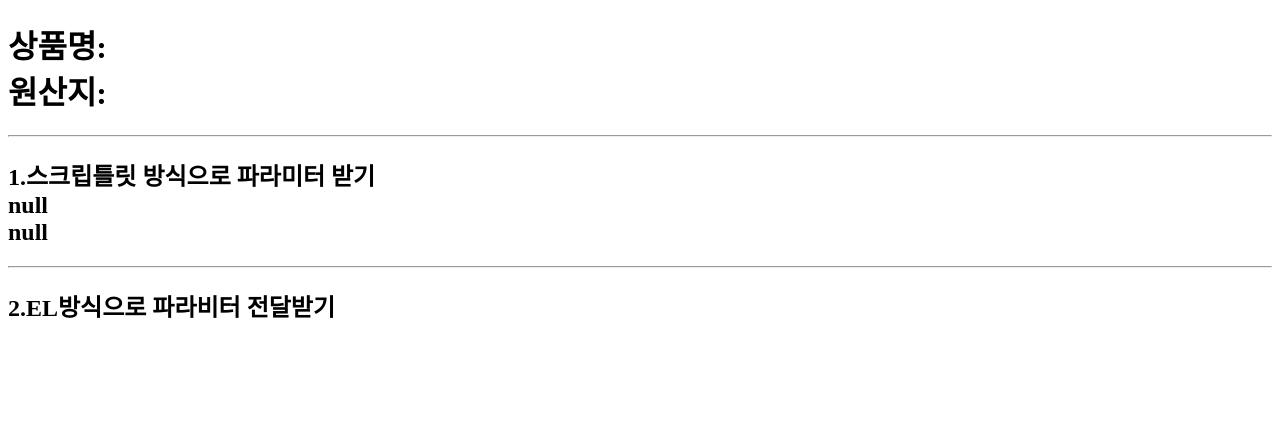
Repository: hwimi/2024-04-12
Page: http://localhost/jstl_study/step-3.jsp
An editor plug-in stored every save of this project. The page is shown before and after the next save, followed by the edit.
The browser window is 1280 px wide. The pictures show the whole page.
The page is served by Tomcat 9. Other server files are loaded and not shown.

Above is the page before, as saved 2024-04-11 03:12:41.

### jstl_study/src/main/webapp/step-3.jsp
<%@ page language="java" contentType="text/html; charset=UTF-8"
	pageEncoding="UTF-8"%>
<!DOCTYPE html>
<html>
<head>
<meta charset="UTF-8">
<title>Insert title here</title>
</head>
<body>
	<h1>
		상품명: ${param.name }<br>
		원산지: ${param.address }<br>
	</h1>
	<hr>


	<h2>

		1.스크립틀릿 방식으로 파라미터 받기<br>
		<%=request.getParameter("name") %><br>
		<%=request.getParameter("address") %>

	</h2>
	<hr>
	<h2>
		2.EL방식으로 파라비터 전달받기<br>
		${param.name }<br>
		${param.address }<br>
		</h2>
</body>
</html>

After the next save:
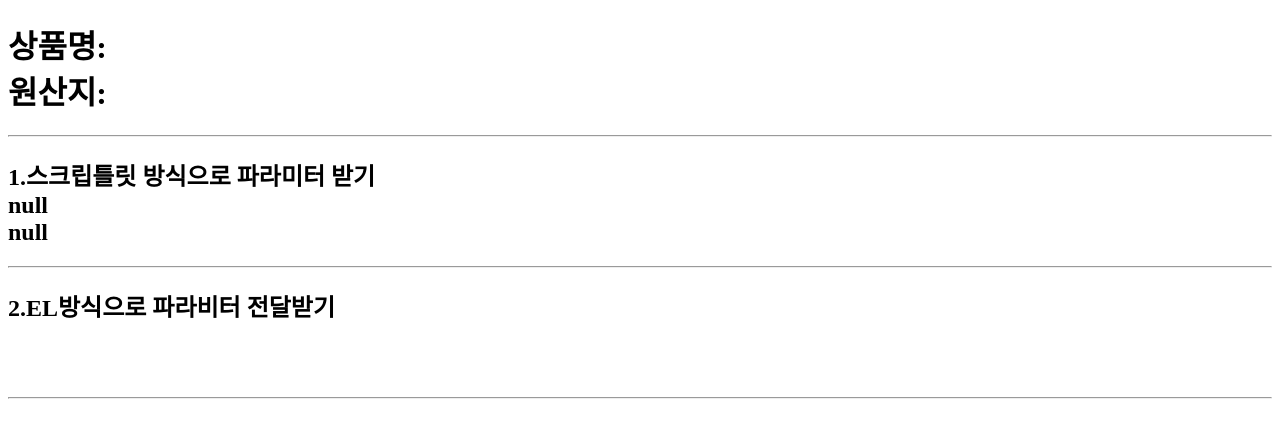
Saved 23 s later.
--- a/jstl_study/src/main/webapp/step-3.jsp
+++ b/jstl_study/src/main/webapp/step-3.jsp
@@ -27,5 +27,10 @@
 		${param.name }<br>
 		${param.address }<br>
 		</h2>
+
+		<hr>
+
+		<!-- form tag로 데이터 전송 -->
+
 </body>
 </html>
